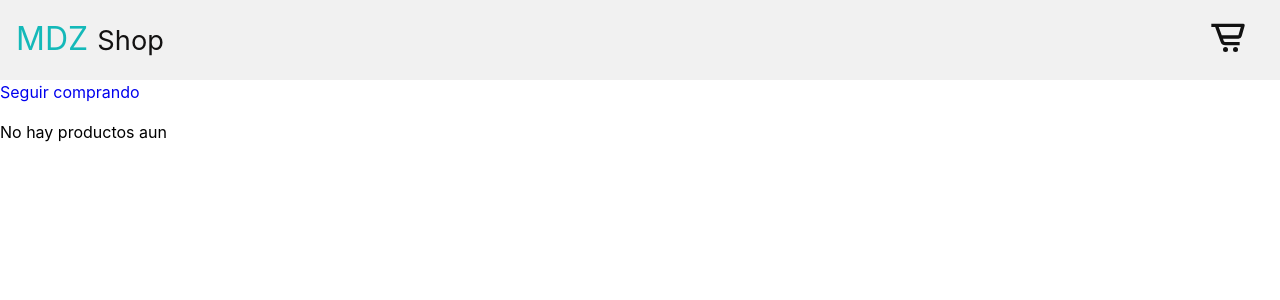
Repository: leo7mdz/FE-e-Commerce-shoes
Page: /cart
These files come from the project's save history. The page is drawn as it stood at one moment and after a run of saves; the edit follows.
The browser window is 1280 px wide. The pictures show the whole page.
The project was rebuilt for these pictures with package versions that can differ from the ones it lists, and the page was loaded fresh each time. Also part of the build but not shown: vite.config.js, src/components/banner.module.css, src/components/Banner.jsx, src/components/card.module.css, src/components/Card.jsx, src/components/gridProducts.module.css, src/components/Products.jsx, src/components/product.module.css and 5 more.

Above is the page before, as saved 2023-03-02 17:29:38.

### src/App.jsx
import "./App.css";
import { Provider } from "react-redux";
import { store } from "./store/store";
import { BrowserRouter, Route, Routes } from "react-router-dom";
import Products from "./components/Products";
import Header from "./components/Header";
import Product from "./components/Product";
import Cart from "./components/Cart";
import CheckOutSucceess from "./pages/checkOutSucceess";

function App() {
  return (
    <Provider store={store}>
      <div className="App">
        <BrowserRouter>
          <Header />
          <Routes>
            <Route path="/" element={<Products />} />
            <Route path="/product/:id" element={<Product />} />
            <Route path="/checkout-success" element={<CheckOutSucceess />} />
            <Route path="/cart" element={<Cart />} />
          </Routes>
        </BrowserRouter>
      </div>
    </Provider>
  );
}

export default App;

### src/index.css
:root {
  font-family: Inter, Avenir, Helvetica, Arial, sans-serif;
  font-size: 16px;
  line-height: 24px;
  font-weight: 400;

}

body {
  margin: 0;
}

a {
  text-decoration: none;
}

img {
  max-width: 100%;
}

### src/store/store.js
import { configureStore } from "@reduxjs/toolkit";
import { productsApi } from "../api/productsApi";
import cartReducer from "../slice/cartSlice";

export const store = configureStore({
  reducer: {
    cart: cartReducer,
    [productsApi.reducerPath]: productsApi.reducer,
  },
  middleware: (getDefaultMiddleware) =>
    getDefaultMiddleware().concat(productsApi.middleware),
});

### src/components/Header.jsx
import React, { useEffect } from "react";
import style from "./header.module.css";
import { BiCartAlt } from "react-icons/bi";
import { Link } from "react-router-dom";
import { useDispatch, useSelector } from "react-redux";
import { GetTotals } from "../slice/cartSlice";

const Header = () => {
  let totalItems = useSelector((state) => state.cart);
  const dispatch = useDispatch();

  useEffect(() => {
    dispatch(GetTotals());
  }, [totalItems, GetTotals]);

  return (
    <header className={style.header}>
      <Link to="/">
        <p className={style.title}>
          <span className={style.span}>mdz</span> Shop
        </p>
      </Link>

      <nav className={style.nav}>
        <Link className={style.cart} to="/cart">
          <BiCartAlt className={style.icon} />
          {totalItems.cartTotalQuantity > 0 && (
            <span className={style.itemTotals}>
              {totalItems.cartTotalQuantity}
            </span>
          )}
        </Link>
      </nav>
    </header>
  );
};

export default Header;

### src/components/Cart.jsx
import React from "react";
import { useEffect } from "react";
import { useDispatch, useSelector } from "react-redux";
import { clearCart, GetTotals } from "../slice/cartSlice";
import { Link } from "react-router-dom";
import ItemCart from "./ItemCart";
import PayButton from "./PayButton";

const Cart = () => {
  const cart = useSelector((state) => state.cart.cart);
  const details = useSelector((state) => state.cart);

  const dispatch = useDispatch();
  console.log(details);

  useEffect(() => {
    dispatch(GetTotals());
  }, []);

  return (
    <div>
      <Link to="/">Seguir comprando</Link>
      {cart.length > 0 ? (
        <div>
          <div>
            {cart.map((item) => (
              <ItemCart item={item} key={item.Id} />
            ))}
          </div>

          <button onClick={() => dispatch(clearCart())}>Limpiar carrito</button>

          <div>
            <p>Productos totales . . . . . . . {details.cartTotalQuantity} </p>
            <p>Subtotal . . . . . . . . . $ {details.cartTotalAmount}</p>
            <p>Envio . . . . . . . . . Sin costo</p>
            <p>Total . . . . . . . . . $ {details.cartTotalAmount}</p>
          </div>

          <PayButton cart={cart} />
        </div>
      ) : (
        <p>No hay productos aun</p>
      )}
    </div>
  );
};

export default Cart;

### src/api/productsApi.js
import { createApi, fetchBaseQuery } from "@reduxjs/toolkit/query/react";

export const productsApi = createApi({
  reducerPath: "productsApi",
  baseQuery: fetchBaseQuery({
    baseUrl: "https://be-e-commerce-shoes.vercel.app/",
  }),
  endpoints: (builder) => ({
    getProducts: builder.query({
      query: () => "products",
    }),
    getProduct: builder.query({
      query: (id) => `products/${id}`,
    }),
  }),
});

export const { useGetProductsQuery, useGetProductQuery } = productsApi;

### src/slice/cartSlice.js
import { createSlice } from "@reduxjs/toolkit";

const initialState = {
  cart: [],
  cartTotalQuantity: 0,
  cartTotalAmount: 0,
};

export const cartSlice = createSlice({
  name: "cart",
  initialState,
  reducers: {
    addToCart: (state, action) => {
      let product = state.cart.find(
        (product) => product.Id == action.payload.Id
      );

      return product
        ? {
            ...state,
            cart: state.cart.map((product) =>
              product.Id === action.payload.Id
                ? { ...product, Cantidad: product.Cantidad + 1 }
                : product
            ),
          }
        : {
            ...state,
            cart: [...state.cart, { ...action.payload, Cantidad: 1 }],
          };
    },

    incrementCart: (state, action) => {
      return {
        ...state,
        cart: state.cart.map((item) =>
          item.Id === action.payload.Id
            ? { ...item, Cantidad: item.Cantidad + 1 }
            : item
        ),
      };
    },
    clearItem: (state, action) => {
      return {
        ...state,
        cart: state.cart.filter((item) => item.Id !== action.payload.Id),
      };
    },
    clearCart: (state, action) => {
      return initialState;
    },
    GetTotals: (state, action) => {
      let { total, quantity } = state.cart.reduce(
        (acc, product) => {
          const { Precio, Cantidad } = product;
          const itemTotal = Precio * Cantidad;

          (acc.total += itemTotal), (acc.quantity += Cantidad);

          return acc;
        },
        { total: 0, quantity: 0 }
      );

      state.cartTotalAmount = total.toFixed(3);
      state.cartTotalQuantity = quantity;
    },
  },
});
export const {
  addToCart,
  decrementCart,
  incrementCart,
  clearCart,
  GetTotals,
  clearItem,
} = cartSlice.actions;

export default cartSlice.reducer;

### src/components/header.module.css
.header {
    display: flex;
    justify-content: space-between;
    align-items: center;
    position: sticky;
    top: 0;
    background-color: #f1f1f1;
    z-index: 100000;

}

.span {
    color: rgb(20, 185, 185);
    text-transform: uppercase;
    font-size: 2rem;
    padding-right: .1rem;
}

.title {
    color: rgb(19, 18, 18);
    font-size: 1.7rem;
    padding-left: 1rem;
}

.cart {
    padding-right: 2rem;
}

.icon {
    font-size: 2.5rem;

    color: rgb(17, 17, 17);
}

.itemTotals {
    width: .4rem;
    height: .4rem;
    border-radius: 50%;
    border: .1rem solid red;
    padding: .2rem;
    font-size: .8rem;
    color: white;
    background-color: red;
    font-weight: bold;
    margin-left: -.4rem;
}

Loaded but not shown: index.html (common file); src/main.jsx (common file); src/App.css (common file)

After the next 2 saves:
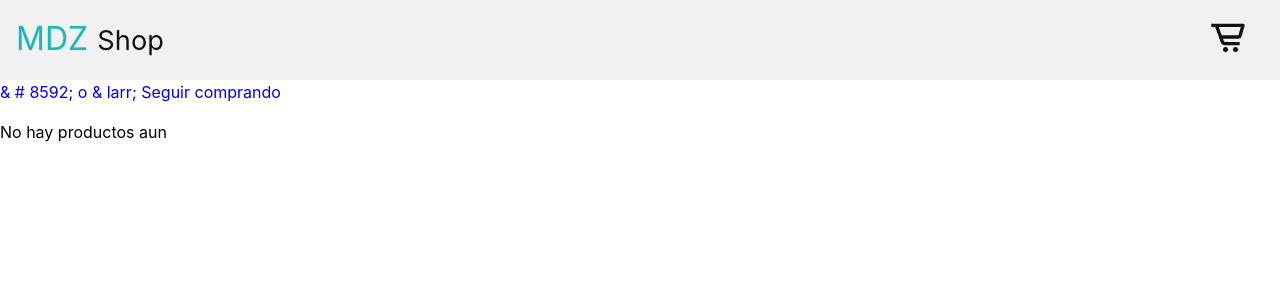
The 2 saves are shown as one change because 1 did not build or start.
The last was saved 2 min 47 s later.
--- a/src/components/Cart.jsx
+++ b/src/components/Cart.jsx
@@ -19,7 +19,7 @@
 
   return (
     <div>
-      <Link to="/">Seguir comprando</Link>
+      <Link to="/"> & # 8592; o & larr; Seguir comprando</Link>
       {cart.length > 0 ? (
         <div>
           <div>
